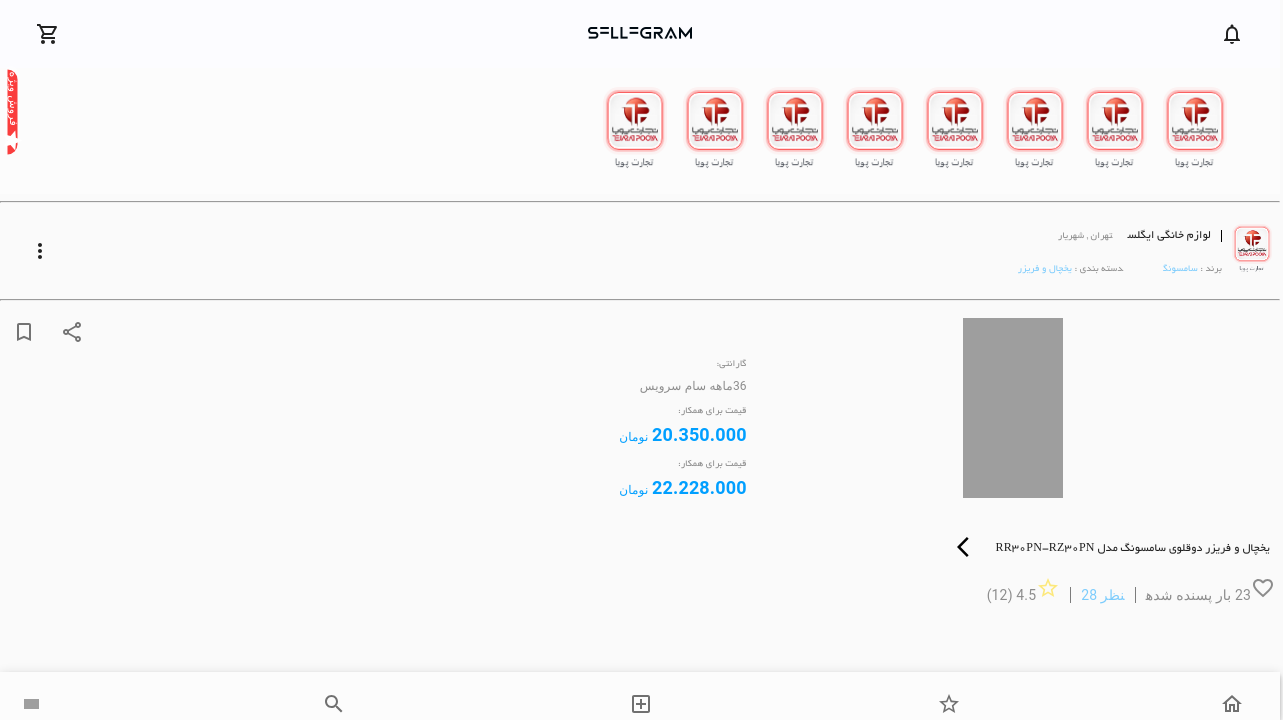
Repository: sadegh1379/selegram
Page: /login-4
An editor plug-in stored every save of this project. The page is shown before and after the next save, followed by the edit.
The browser window is 1280 px wide. The page is 1280 px wide, then 1283 px, so the pictures cover 1283 px, including what lies to the right of the window. The pictures show the whole page.
Pictures or frames that could not be fetched are drawn as grey boxes. The project was rebuilt for these pictures with package versions that can differ from the ones it lists, and the page was loaded fresh each time. Also part of the build but not shown: src/components/login/Login.js, src/components/login/LoginOne.js, src/components/login/LoginThree.js.

Above is the page before, as saved 2020-09-09 14:32:25.

After the next save:
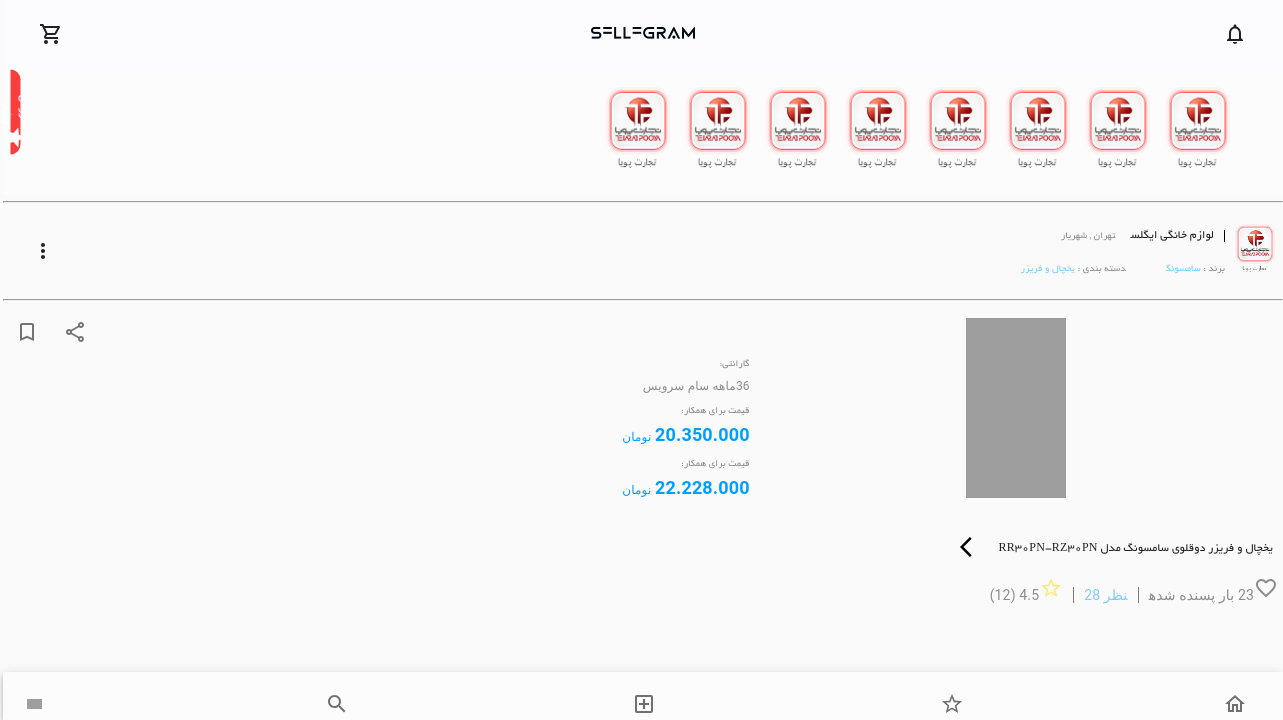
Saved 5 s later.
--- a/src/components/body/styles.js
+++ b/src/components/body/styles.js
@@ -10,7 +10,7 @@
         position:'absolute',
         left:'-30px',
         marginTop:'20px',
-        padding:'2px',
+        padding:'5px',
         // marginLeft:'0px',
         width:'85px',
         height:'10px',
